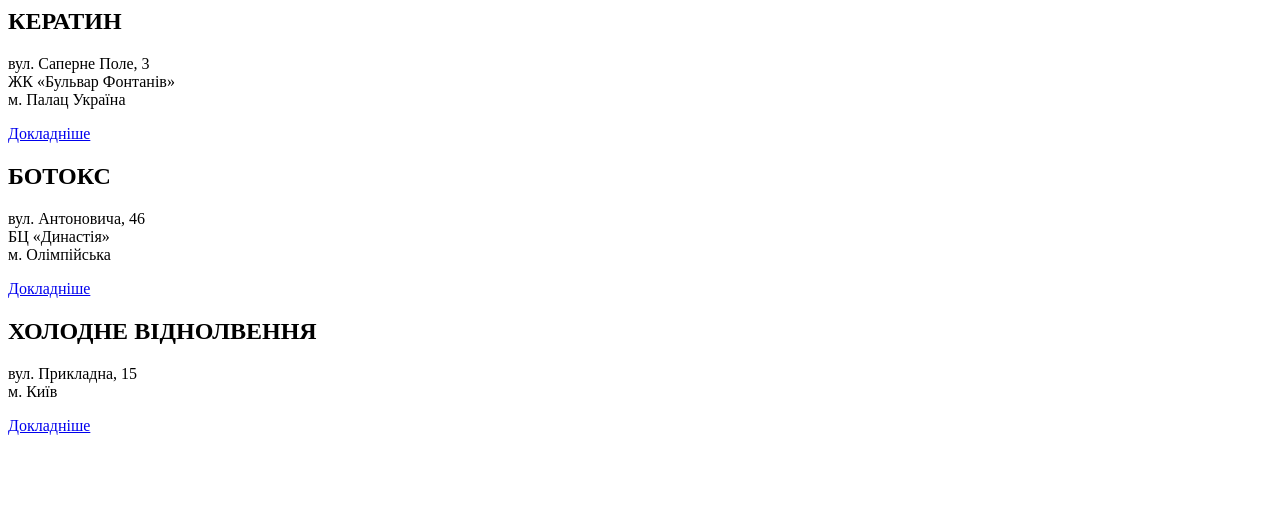
Repository: DianaKey/Keratin
Page: index.scroll.partial.html
These files come from the project's save history. The page is drawn as it stood at one moment and after the next save; the edit follows.
The browser window is 1280 px wide. The pictures show the whole page.

Above is the page before, as saved 2025-09-04 12:46:30.

### index.scroll.partial.html
<section class="hero-section hero-section--form-1">
  <div class="hero-section__overlay"></div>
  <div class="hero-section__content js-reveal">
    <h2 class="hero-section__title">КЕРАТИН</h2>
    <p class="hero-section__text">
      вул. Саперне Поле, 3<br />
      ЖК «Бульвар Фонтанів»<br />
      м. Палац Україна
    </p>
    <a class="hero-section__btn" href="#">Докладніше</a>
  </div>
</section>

<section class="hero-section hero-section--form-2">
  <div class="hero-section__overlay"></div>
  <div class="hero-section__content js-reveal">
    <h2 class="hero-section__title">БОТОКС</h2>
    <p class="hero-section__text">
      вул. Антоновича, 46<br />
      БЦ «Династія»<br />
      м. Олімпійська
    </p>
    <a class="hero-section__btn" href="#">Докладніше</a>
  </div>
</section>

<section class="hero-section hero-section--form-3">
  <div class="hero-section__overlay"></div>
  <div class="hero-section__content js-reveal">
    <h2 class="hero-section__title">ХОЛОДНЕ ВІДНОЛВЕННЯ</h2>
    <p class="hero-section__text">вул. Прикладна, 15<br />м. Київ</p>
    <a class="hero-section__btn" href="#">Докладніше</a>
  </div>
</section>

After the next save:
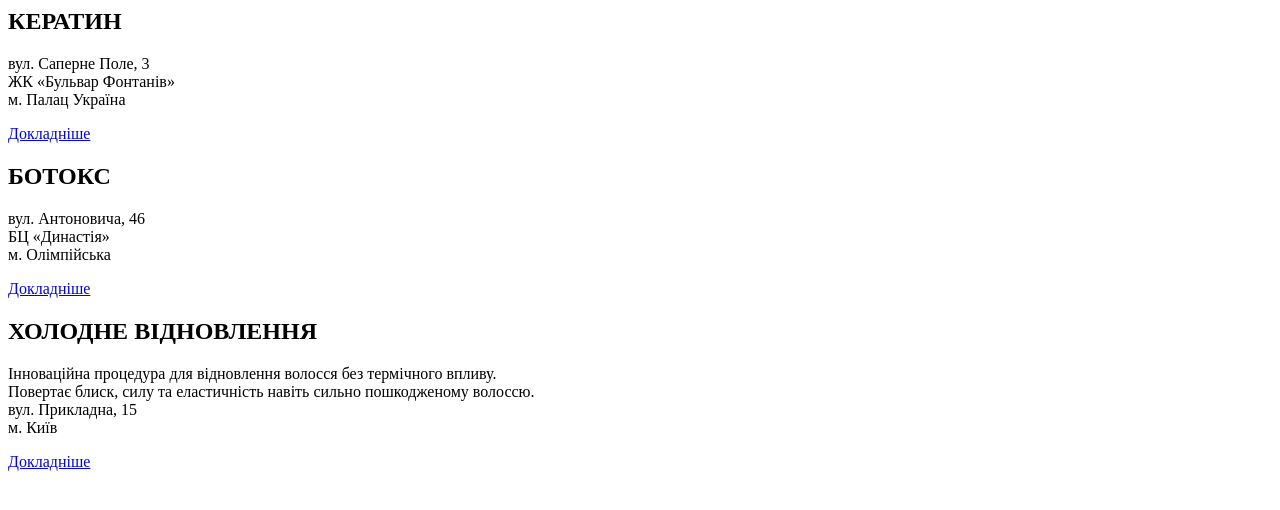
Saved 36 s later.
--- a/index.scroll.partial.html
+++ b/index.scroll.partial.html
@@ -27,8 +27,13 @@
 <section class="hero-section hero-section--form-3">
   <div class="hero-section__overlay"></div>
   <div class="hero-section__content js-reveal">
-    <h2 class="hero-section__title">ХОЛОДНЕ ВІДНОЛВЕННЯ</h2>
-    <p class="hero-section__text">вул. Прикладна, 15<br />м. Київ</p>
+    <h2 class="hero-section__title">ХОЛОДНЕ ВІДНОВЛЕННЯ</h2>
+    <p class="hero-section__text">
+      Інноваційна процедура для відновлення волосся без термічного впливу.<br />
+      Повертає блиск, силу та еластичність навіть сильно пошкодженому волоссю.<br />
+      вул. Прикладна, 15<br />
+      м. Київ
+    </p>
     <a class="hero-section__btn" href="#">Докладніше</a>
   </div>
 </section>
